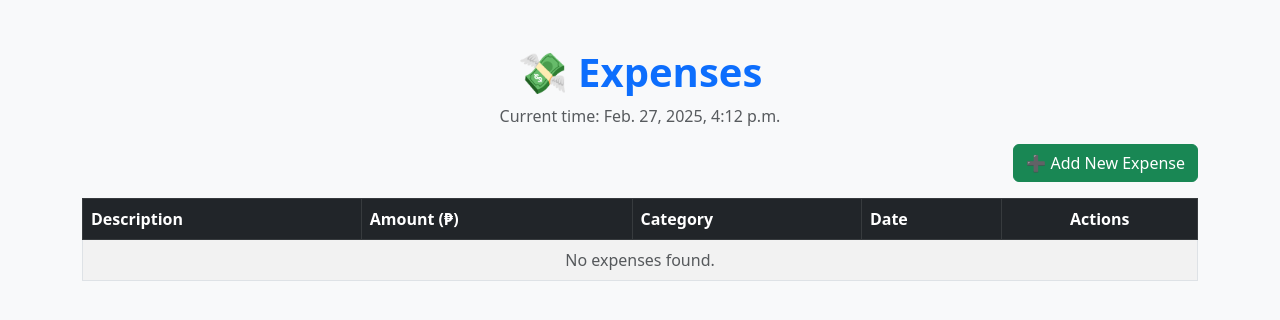
Repository: Jijiluzana225/lugawan_pitlane
Page: http://localhost/expenses/
These files come from the project's save history. The page is drawn as it stood at one moment and after a run of saves; the edit follows.
The browser window is 1280 px wide. The pictures show the whole page.
The page is served by the project's application, run on Django 5.2 (manage.py). Queries for data that is not in the repository find no rows.

Above is the page before, as saved 2025-03-07 09:14:54.

After the next 2 saves:
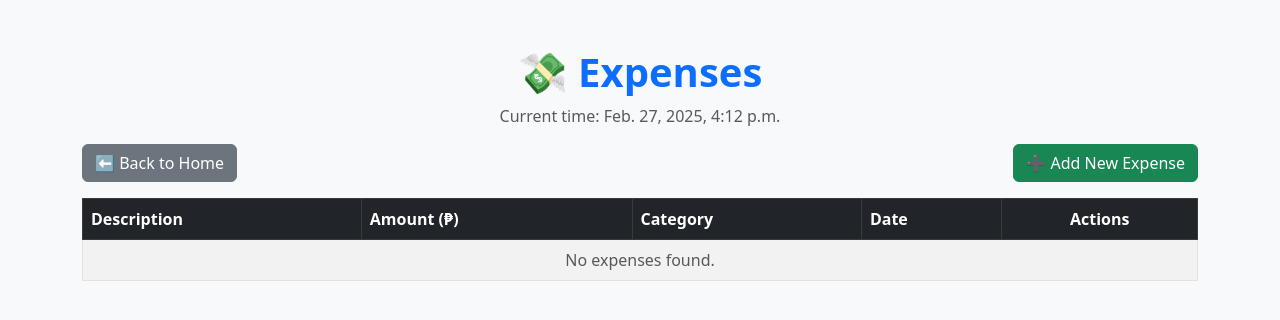
The 2 saves are shown as one change because 1 did not build or start.
The last was saved 98 s later.
--- a/pos/templates/pos/expenses.html
+++ b/pos/templates/pos/expenses.html
@@ -19,13 +19,6 @@
             background-color: #343a40;
             color: #fff;
         }
-        .btn-custom {
-            background-color: #007bff;
-            color: white;
-        }
-        .btn-custom:hover {
-            background-color: #0056b3;
-        }
     </style>
 </head>
 <body>
@@ -34,8 +27,11 @@
     <h1 class="text-center text-primary fw-bold">💸 Expenses</h1>
     <p class="text-center text-muted">Current time: {{ current_time }}</p>
 
-    <!-- Button to Add New Expense -->
-    <div class="text-end mb-3">
+    <!-- Navigation Buttons -->
+    <div class="d-flex justify-content-between mb-3">
+        <a href="{% url 'catalog' %}" class="btn btn-secondary">
+            ⬅️ Back to Home
+        </a>
         <a href="{% url 'add_expense' %}" class="btn btn-success">
             ➕ Add New Expense
         </a>
